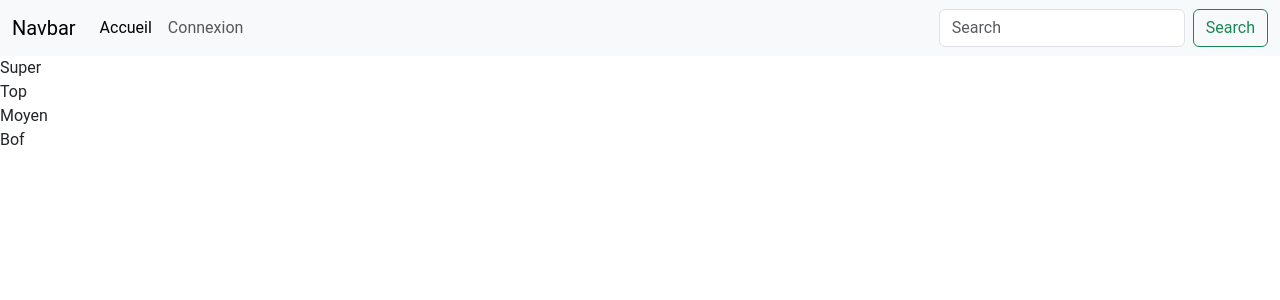
Repository: tecouz/Angular
Page: / (app in projet Angular/demo-angular-dfs2-g2/)
These files come from the project's save history. The page is drawn as it stood at one moment and after the next save; the edit follows.
The browser window is 1280 px wide. The pictures show the whole page.
The project was rebuilt for these pictures with package versions that can differ from the ones it lists, and the page was loaded fresh each time. Also part of the build but not shown: projet Angular/demo-angular-dfs2-g2/angular.json, projet Angular/demo-angular-dfs2-g2/src/app/pages/connexion/connexion.component.ts, projet Angular/demo-angular-dfs2-g2/src/app/pages/page404/page404.component.ts.

Above is the page before, as saved 2024-11-25 11:36:06.

After the next save:
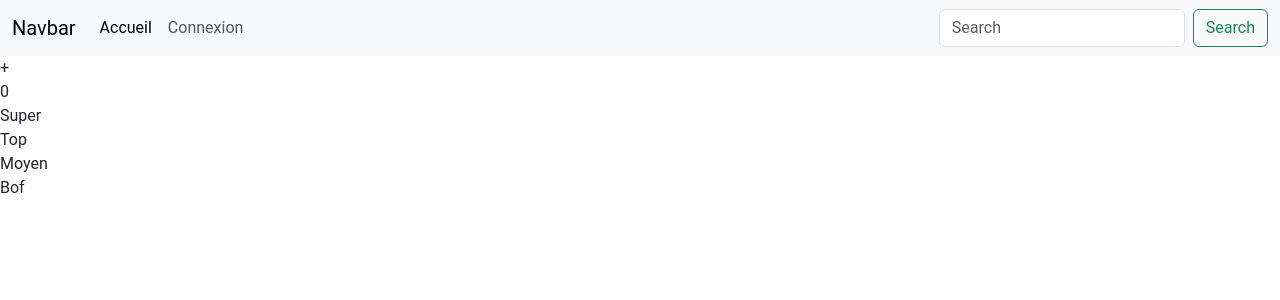
Saved 73 s later.
--- a/projet Angular/demo-angular-dfs2-g2/src/app/pages/accueil/accueil.component.html
+++ b/projet Angular/demo-angular-dfs2-g2/src/app/pages/accueil/accueil.component.html
@@ -1,4 +1,7 @@
+<div (click)="onClickPlus()">+</div>
+{{compteur}}
+
 @for (categorie of listeCategories; track $index) {
 
-    <div>{{categorie}}</div>
+<div>{{categorie}}</div>
 }

After the 2 saves that followed:
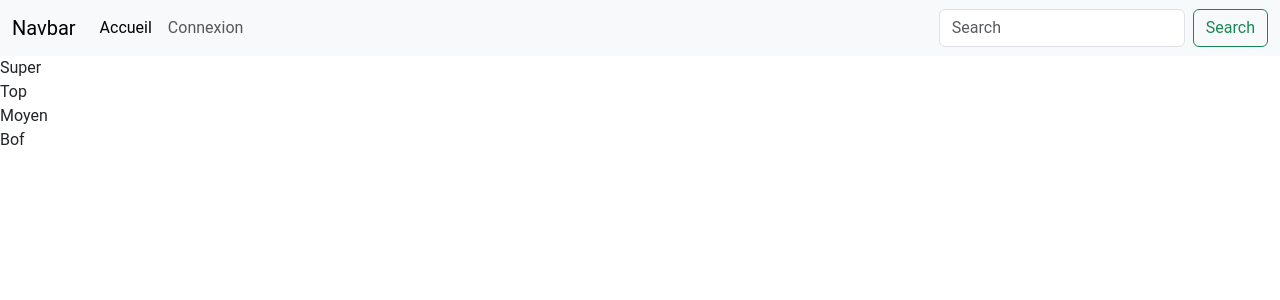
The 2 saves are shown as one change because 1 left the picture as it was.
The last was saved 3 min 7 s later.
--- a/projet Angular/demo-angular-dfs2-g2/src/app/pages/accueil/accueil.component.ts
+++ b/projet Angular/demo-angular-dfs2-g2/src/app/pages/accueil/accueil.component.ts
@@ -10,4 +10,8 @@ export class AccueilComponent {
   compteur = 0;
   listeCategories = ["Super", "Top", "Moyen", "Bof"];
 
+  onClickPlus(){
+    this.compteur++
+  }
+
 }
--- a/projet Angular/demo-angular-dfs2-g2/src/app/pages/accueil/accueil.component.html
+++ b/projet Angular/demo-angular-dfs2-g2/src/app/pages/accueil/accueil.component.html
@@ -1,6 +1,3 @@
-<div (click)="onClickPlus()">+</div>
-{{compteur}}
-
 @for (categorie of listeCategories; track $index) {
 
 <div>{{categorie}}</div>
